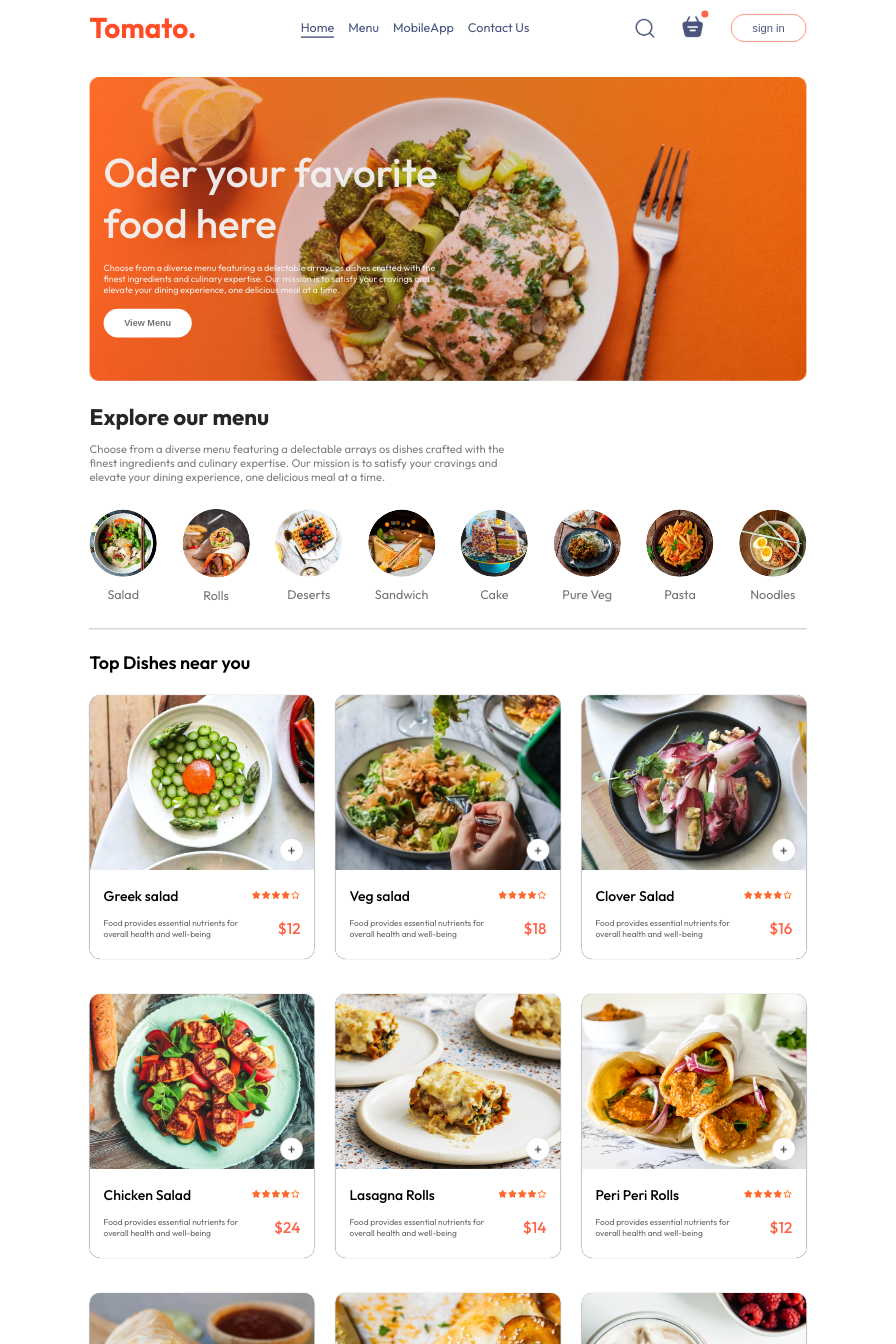
Repository: guilhermecardoso93/tomato-front-end
Page: /
These files come from the project's save history. The page is drawn as it stood at one moment and after the next save; the edit follows.
The browser window is 1280 px wide. The pictures show the part of the page from y = 0 to 1920 px (the page is 6357 px tall before and 6356 px after), at 70% of full size.
The project was rebuilt for these pictures with package versions that can differ from the ones it lists, and the page was loaded fresh each time. Also part of the build but not shown: vite.config.js, src/pages/Cart/styles.css, src/pages/Cart/index.jsx, src/pages/PlaceOrder/styles.css, src/pages/PlaceOrder/index.jsx.

Above is the page before, as saved 2024-10-31 19:17:43.

After the next save:
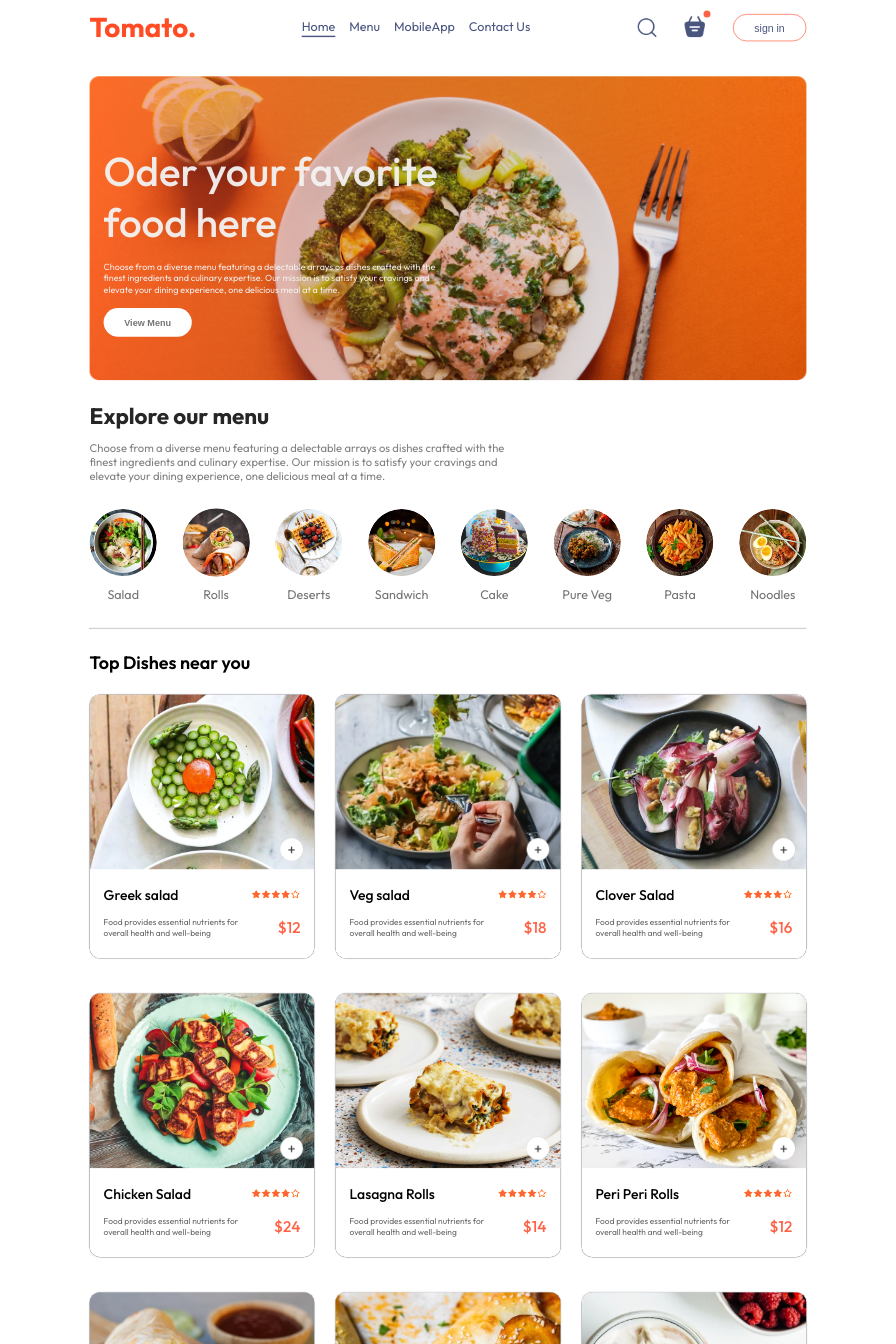
Saved 23 s later.
--- a/src/components/Navbar/styles.css
+++ b/src/components/Navbar/styles.css
@@ -29,8 +29,8 @@
 
 .navbar button {
   background: transparent;
-  font-size: 16px;
-  color: #49557c;
+  font-size: 15px;
+  color: #49557e;
   border: 1px solid tomato;
   padding: 10px 30px;
   border-radius: 50px;
